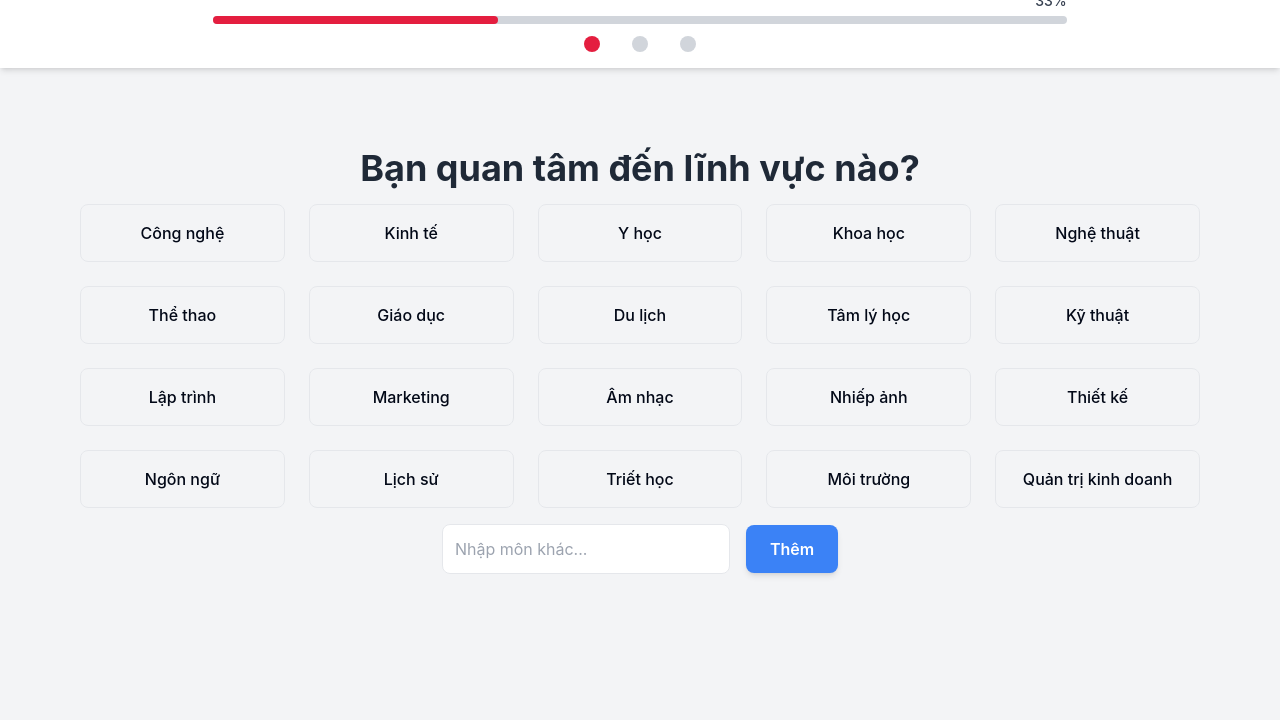
Repository: nguyenbathevien/KLTN
Page: /survey/step1 (app in FE/client/)
The author's editor kept a copy of each file at every save. The page is drawn from the files as they stood at one save, then again after the next save.
The browser window is 1280 px wide. The pictures show the whole page.
The page's requests for data from a server got no answer. An inner scrolling area shows only its first screen. The project was rebuilt for these pictures with package versions that can differ from the ones it lists, and the page was loaded fresh each time. No one was signed in, and anything a server would have sent is missing. Also part of the build but not shown: FE/client/vite.config.js, FE/client/src/components/common/Header/Header.jsx, FE/client/src/components/common/Footer/Footer.jsx, FE/client/src/components/common/Layout/TeacherLayout.jsx, FE/client/src/pages/teacher/DashboardTeacher.jsx, FE/client/src/pages/teacher/CourseManagement.jsx, FE/client/src/pages/teacher/Statistics.jsx, FE/client/src/pages/teacher/Profile.jsx and 22 more.

Above is the page before, as saved 2025-03-14 09:15:36.

After the next save:
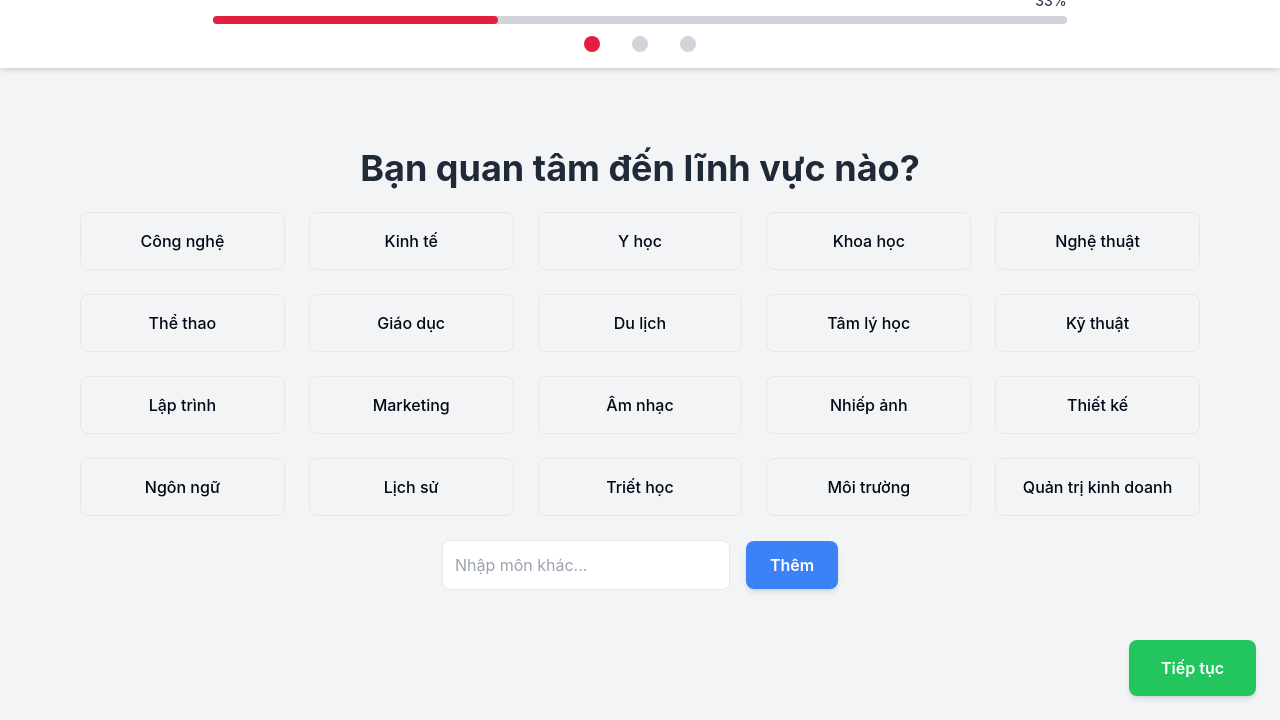
Saved 107 s later.
--- a/FE/client/src/pages/survay/SurveyStep1.jsx
+++ b/FE/client/src/pages/survay/SurveyStep1.jsx
@@ -43,9 +43,9 @@ const SurveyStep1 = () => {
   const handleNext = () => navigate("/survey/step2");
 
   return (
-    <div className="flex flex-col h-screen p-12 relative">
+    <div className="flex flex-col min-h-screen p-12">
       {/* Tiêu đề */}
-      <h2 className="text-4xl font-bold text-gray-800 text-center mb-4">
+      <h2 className="text-4xl font-bold text-gray-800 text-center mb-6">
         Bạn quan tâm đến lĩnh vực nào?
       </h2>
 
@@ -74,7 +74,7 @@ const SurveyStep1 = () => {
       </div>
 
       {/* Nhập môn học khác */}
-      <div className="flex items-center justify-center mt-4 space-x-4">
+      <div className="flex items-center justify-center mt-6 space-x-4">
         <input
           type="text"
           placeholder="Nhập môn khác..."
@@ -97,17 +97,15 @@ const SurveyStep1 = () => {
         </motion.button>
       </div>
 
-      {/* Nút Tiếp tục ở góc phải dưới cùng */}
-      <div className="absolute bottom-6 right-6">
-        <motion.button
-          whileHover={{ scale: 1.1 }}
-          whileTap={{ scale: 0.9 }}
-          className="bg-green-500 text-white px-8 py-4 rounded-lg font-semibold shadow-md transition"
-          onClick={handleNext}
-        >
-          Tiếp tục
-        </motion.button>
-      </div>
+      {/* Nút Tiếp tục cố định dưới cùng bên phải */}
+      <motion.button
+        whileHover={{ scale: 1.1 }}
+        whileTap={{ scale: 0.9 }}
+        className="fixed bottom-6 right-6 bg-green-500 text-white px-8 py-4 rounded-lg font-semibold shadow-md transition"
+        onClick={handleNext}
+      >
+        Tiếp tục
+      </motion.button>
     </div>
   );
 };
